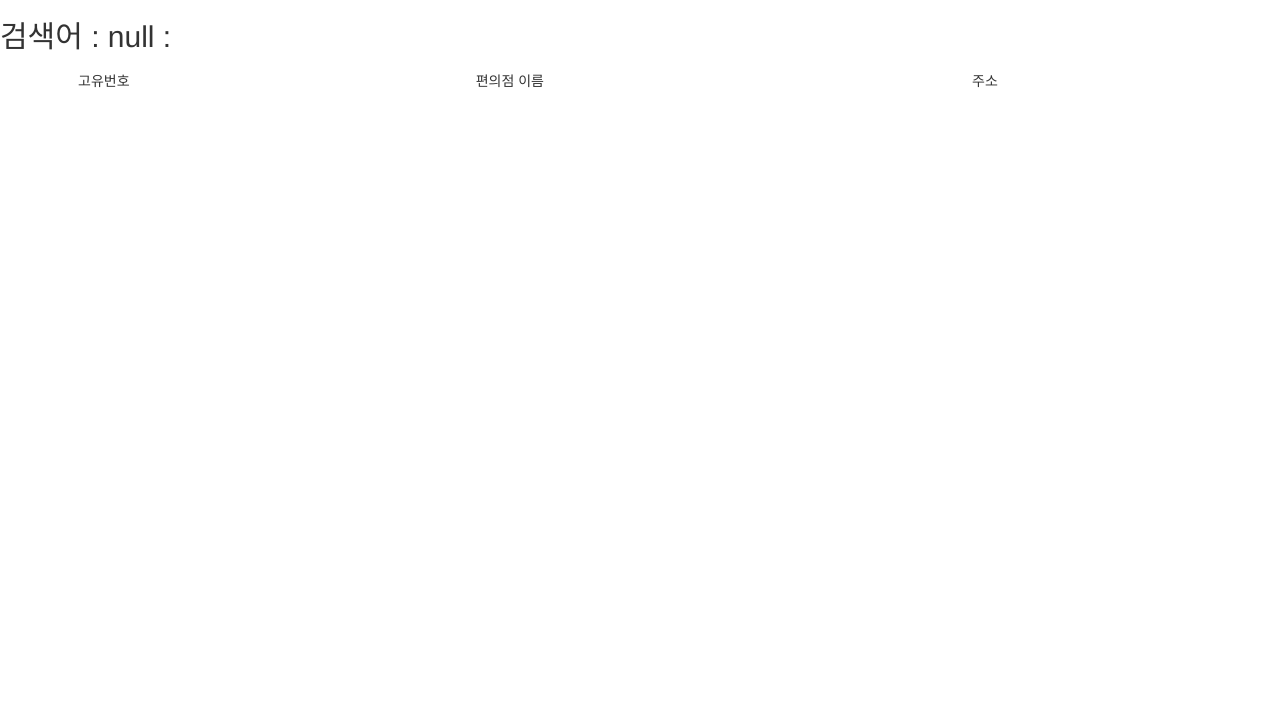
Repository: kimjaejoo/Tacademy
Page: http://localhost/Hello/search
The author's editor kept a copy of each file at every save. The page is drawn from the files as they stood at one save, then again after the next save.
The browser window is 1280 px wide. The pictures show the whole page.
The page is served by Tomcat 9. Queries for data that is not in the repository find no rows.

Above is the page before, as saved 2016-11-03 07:13:34.
Console error (its wording comes from the project's code and is left out).

After the next save:
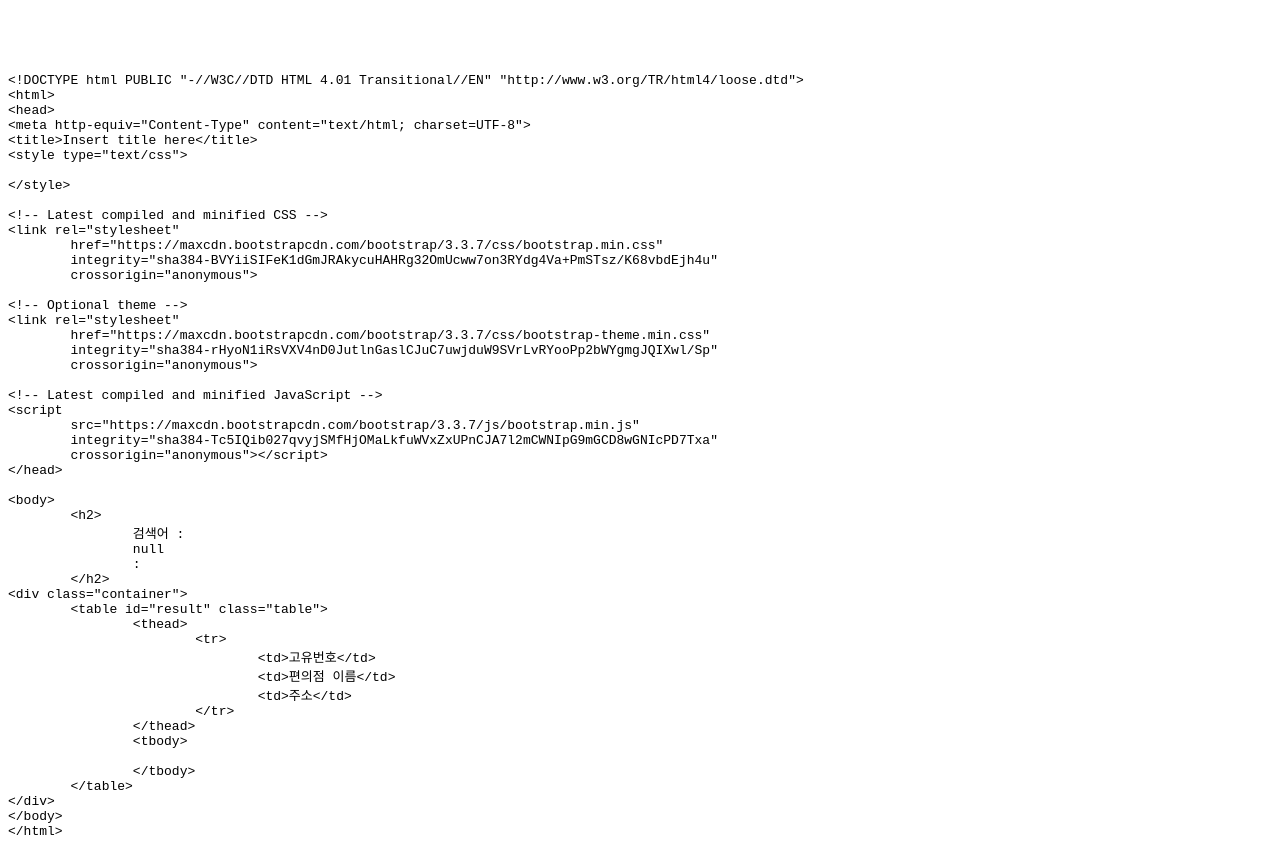
The error is gone.
Saved 38 s later.
--- a/Hello/WebContent/result3.jsp
+++ b/Hello/WebContent/result3.jsp
@@ -1,6 +1,6 @@
 <%@page import="com.model.CStore"%>
 <%@page import="java.util.ArrayList"%>
-<%@ page language="java" contentType="text/html; charset=UTF-8"
+<%@ page language="java" contentType="text/plain; charset=UTF-8"
 	pageEncoding="UTF-8"%>
 <%@taglib prefix="c" uri="http://java.sun.com/jsp/jstl/core" %>
 <!DOCTYPE html PUBLIC "-//W3C//DTD HTML 4.01 Transitional//EN" "http://www.w3.org/TR/html4/loose.dtd">
